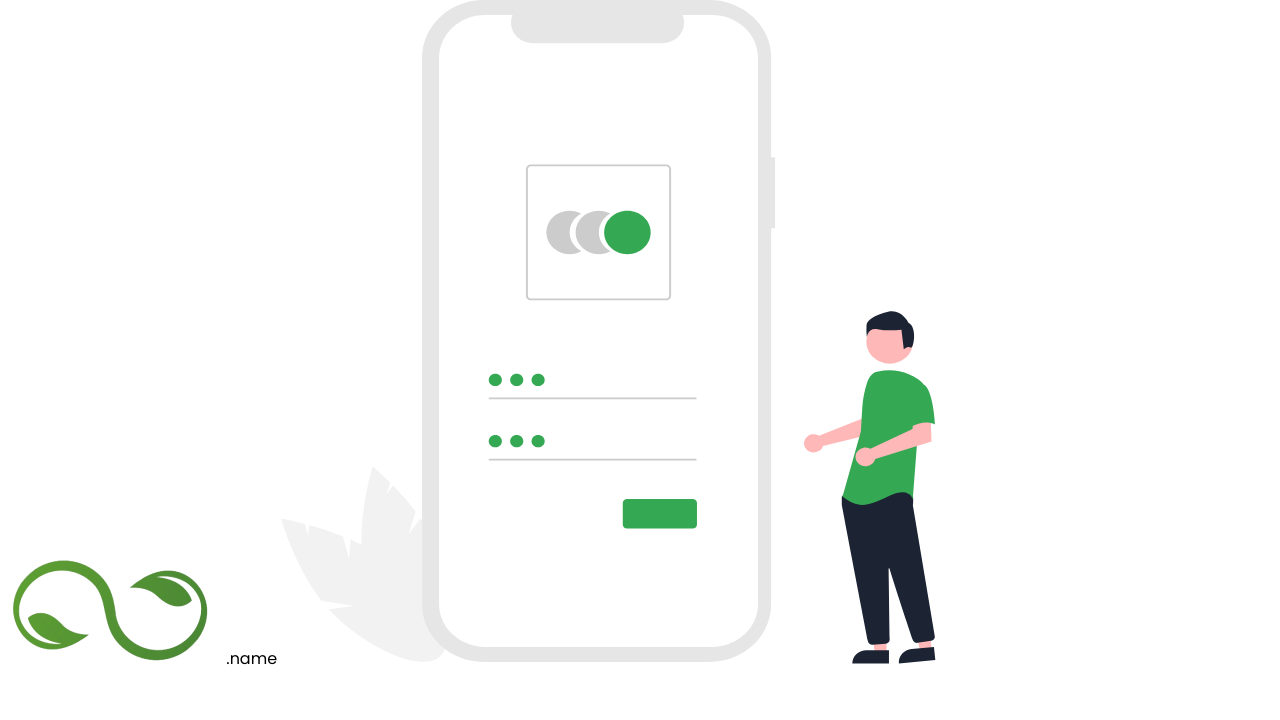
Repository: lehuyen307/System-monitor-plant-healthy-final
Page: ui/login.html
These files come from the project's save history. The page is drawn as it stood at one moment and after the next save; the edit follows.
The browser window is 1280 px wide. The pictures show the whole page.
Some web libraries are served in a nearby version.

Above is the page before, as saved 2023-11-09 16:55:25.
Console error: TypeError: Cannot read properties of null (reading 'addEventListener')

After the next save:
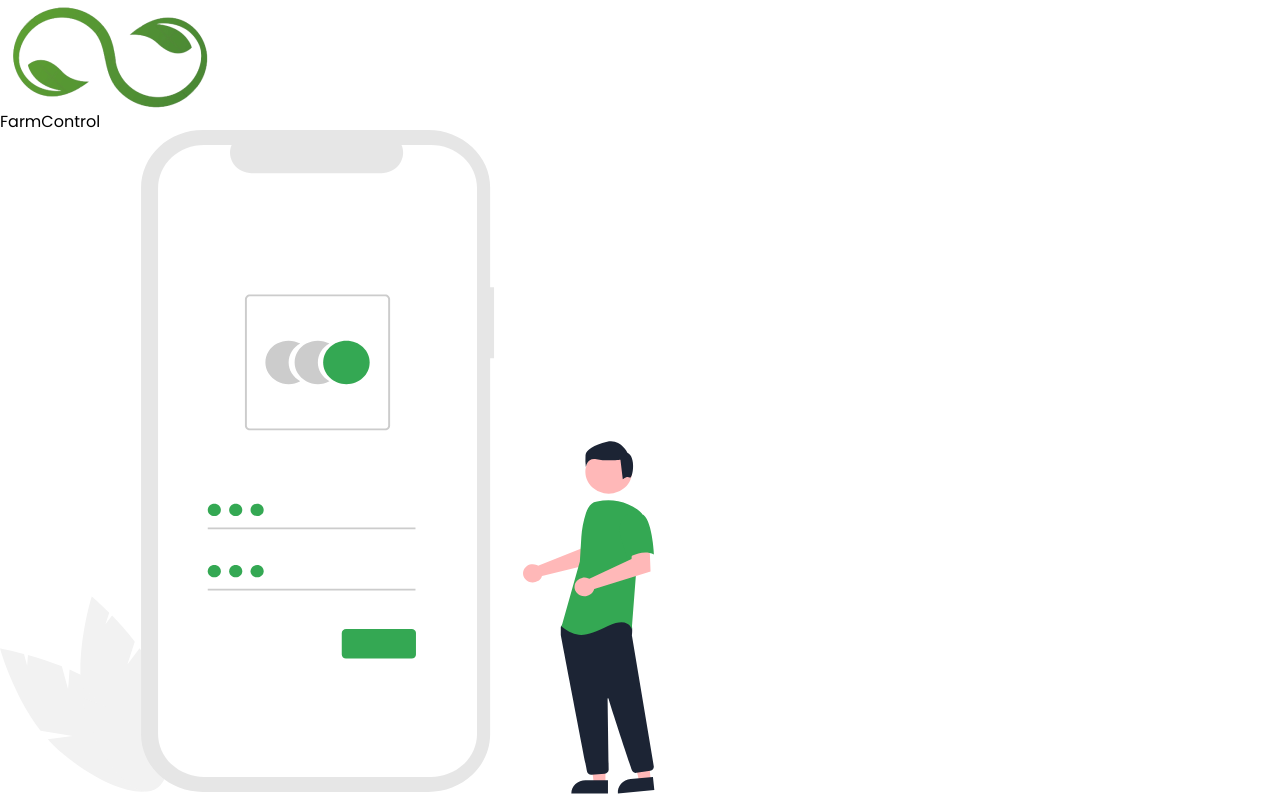
Saved 4 s later.
--- a/ui/login.html
+++ b/ui/login.html
@@ -108,7 +108,7 @@
             <div class="login">
                 <div class="login__left">
                     <img src="./assets/img/login/logo.png" alt="" class="login__pic">
-                    .name
+                    <div class="name">FarmControl</div>
                     <img src="/assets/img/login/undraw_access_account_re_8spm 1.svg" alt="">
                 </div>
             </div>
